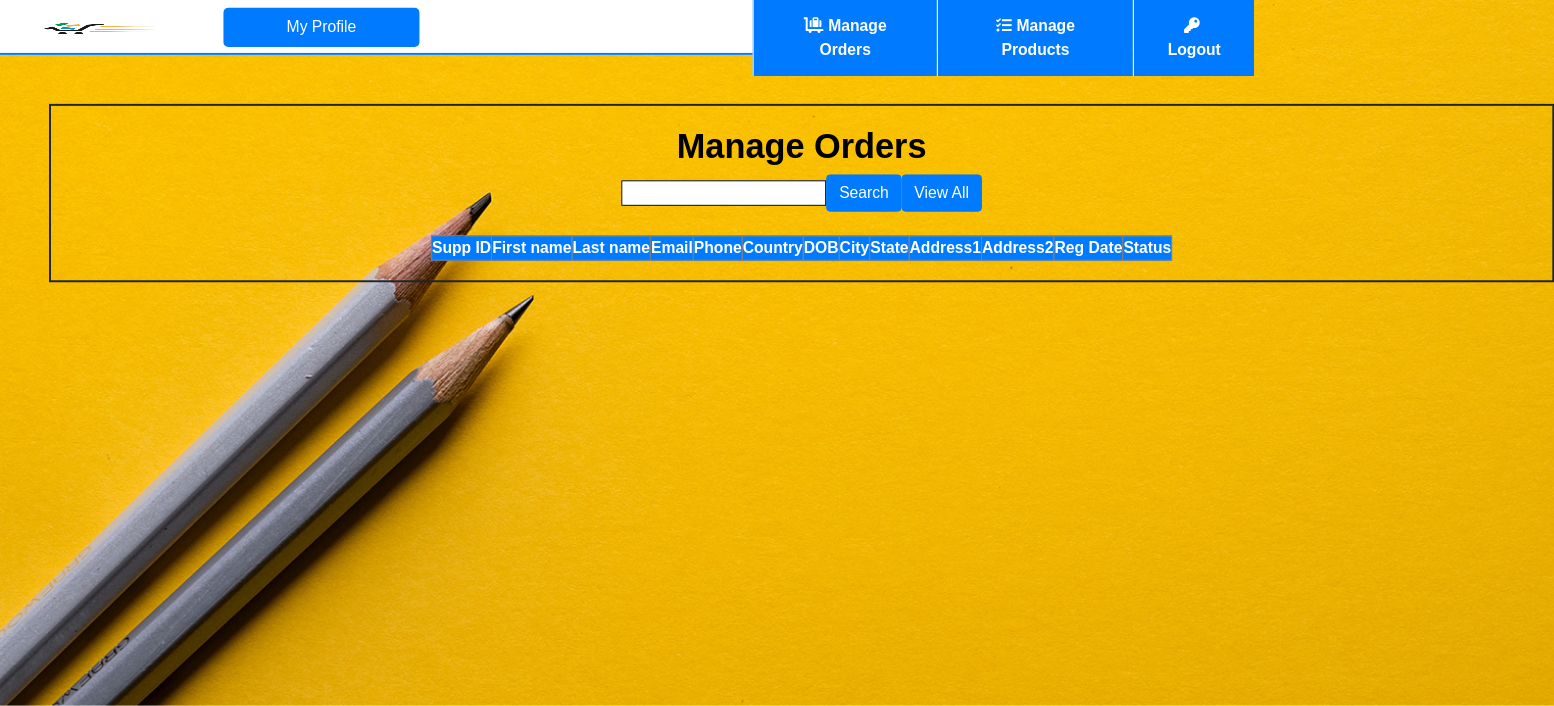
Repository: sahanjayawardena9619/PAF_Project
Page: http://localhost/paf_project/WEB-INF/views/sellerOrder.jsp
An editor plug-in stored every save of this project. The page is shown before and after the next save, followed by the edit.
The browser window is 1280 px wide. The page is 1586 px wide, so the pictures cover 1586 px, including what lies to the right of the window. The pictures show the whole page, at 98% of full size.
Some web fonts or font styles are not loaded; a fallback is used. Some web libraries are served in a nearby version. The page is served by Tomcat 9. Nobody is signed in. Other server files are loaded and not shown. The template is opened directly, without the code that normally fills it, so the values that code supplies are empty.

Above is the page before, as saved 2019-05-15 19:12:25.

### Main Project (Final)/PAF/paf_project/src/main/webapp/WEB-INF/views/sellerOrder.jsp
<%@ page language="java" contentType="text/html; charset=ISO-8859-1"
	pageEncoding="ISO-8859-1"%>
<%@ include file="/WEB-INF/views/includes.jsp"%>
<!DOCTYPE html PUBLIC "-//W3C//DTD HTML 4.01 Transitional//EN" "http://www.w3.org/TR/html4/loose.dtd">
<html>
<head>
<meta http-equiv="Content-Type" content="text/html; charset=ISO-8859-1">

<link rel="stylesheet" type="text/css"
	href="<c:url value="/resources/css/bootstrap.css"/>">
<link rel="stylesheet"
	href="https://use.fontawesome.com/releases/v5.8.1/css/all.css"
	integrity="sha384-50oBUHEmvpQ+1lW4y57PTFmhCaXp0ML5d60M1M7uH2+nqUivzIebhndOJK28anvf"
	crossorigin="anonymous">
<link rel="stylesheet" type="text/css"
	href="<c:url value="/resources/css/custom.css"/>">
	<link href="https://fonts.googleapis.com/css?family=Source+Sans+Pro:300,400,700,300italic,400italic,700italic" rel="stylesheet" type="text/css">
<script type="text/javascript"
	href="<c:url value="/resources/js/bootstrap.min.js"/>"></script>



<title>Seller Orders</title>
</head>
<body background="<c:url value="/resources/images/bg-masthead.jpg"/>">
	<div class="top-nav-bar">
		<div class="search-box">
			<a href="/paf_project/"><img
				src="<c:url value="/resources/images/cart.jpg"/>" class="logo"></a>
			<a href="/paf_project/editSeller"><input type="button"
				value="My Profile"
				style="width: 200px; height: 40px; margin: 8px; border-radius: 5px; background-color: #007bff; border: none; color: white" /></a>
		</div>

		<div class="menu-bar">
			<ul>
				<li><a href="/paf_project/viewAllOrderSeller"><i
						class="fas fa-luggage-cart" style="margin-right: 5px;"></i>Manage
						Orders</a></li>
				<li><a href="/paf_project/viewAllProductSeller"><i
						class="fas fa-tasks" style="margin-right: 5px;"></i>Manage
						Products </a></li>
				<li><a href="/paf_project/userLogout"><i class="fas fa-key"
						style="margin-right: 5px;"></i>Logout</a></li>
			</ul>
		</div>
	</div>


	<div align="center"
		style="padding: 20px; margin: 50px; width:120%; border: solid 2px;">

		<center>
			<div>
				<h1 style="font-size: 35px;">
					<a href="/paf_project/adminDashboard"><b style="color: black">Manage
							Orders</b></a>
				</h1>
			</div>


			<form:form action="/paf_project/searchSellerOrder" method="POST">
				<table align="center">
					<tr>
						<td><input type="text" name="searchVal"
							style="border: solid 1px" /></td>
						<td><input type="submit" class="btn btn-primary"
							name="action" value="Search" /></td>
						<td><a href="/paf_project/viewAllOrderSeller"><input
								type="button" value="View All" class="btn btn-primary" /></a></td>
					</tr>

				</table>
			</form:form>
			<br>
			<table border="1" cellpadding="3px">

				<th style="color: #fff; background-color: #007bff;">Supp ID</th>
				<th style="color: #fff; background-color: #007bff;">First name</th>
				<th style="color: #fff; background-color: #007bff;">Last name</th>
				<th style="color: #fff; background-color: #007bff;">Email</th>
				<th style="color: #fff; background-color: #007bff;">Phone</th>
				<th style="color: #fff; background-color: #007bff;">Country</th>
				<th style="color: #fff; background-color: #007bff;">DOB</th>
				<th style="color: #fff; background-color: #007bff;">City</th>
				<th style="color: #fff; background-color: #007bff;">State</th>
				<th style="color: #fff; background-color: #007bff;">Address1</th>
				<th style="color: #fff; background-color: #007bff;">Address2</th>
				<th style="color: #fff; background-color: #007bff;">Reg Date</th>
				<th style="color: #fff; background-color: #007bff;">Status</th>


				<c:forEach var="seller" items="${listSeller}">
					<tr>

						<td>${seller.suppID}</td>
						<td>${seller.fname}</td>
						<td>${seller.lname}</td>
						<td>${seller.email}</td>
						<td>${seller.phone}</td>
						<td>${seller.country}</td>
						<td>${seller.dob}</td>
						<td>${seller.city}</td>
						<td>${seller.state}</td>
						<td>${seller.address1}</td>
						<td>${seller.address2}</td>
						<td>${seller.regDate}</td>
						<td>${seller.status}</td>

						<td><a
							href="/paf_project/deleteSeller?suppID=${seller.suppID}&command=active"><input
								type="submit" class="btn btn-primary"
								style="background-color: green; border: 0px;" name="active"
								value="Activate" /></a></td>
						<td><a
							href="/paf_project/deleteSeller?suppID=${seller.suppID}&command=inactive"><input
								type="submit" style="background-color: red; border: 0px;"
								name="del" class="btn btn-primary" value="Deactivate" /></a></td>

					</tr>
				</c:forEach>
			</table>

		</center>


	</div>

</body>
</html>

### Main Project (Final)/PAF/paf_project/src/main/webapp/WEB-INF/views/includes.jsp
<%@ page language="java" contentType="text/html; charset=ISO-8859-1" pageEncoding="ISO-8859-1"%>
<%@taglib uri="http://www.springframework.org/tags" prefix="spring"%>
<%@taglib uri="http://www.springframework.org/tags/form" prefix="form"%>
<%@taglib uri="http://java.sun.com/jsp/jstl/core" prefix="c"%>

<!-- This contains the most used tag libraries -->

### Main Project (Final)/PAF/paf_project/src/main/webapp/resources/css/custom.css
*
{
	margin: 0;
	padding: 0;
}

body{
	background-color: #f1f3f4;
	font-family: sans-serif;
}

.top-nav-bar{
	height:56px;
	top : 0;
	position: sticky;
	background: #fff;
	margin-bottom: 20px;
	border-bottom: 2px solid #007bff;
	z-index: 2;
}

.logo{
	height:48px;
	width: 200px;
	margin: 5px 10px;
}

.form-control{
	margin-top: 9px !important;
	margin-left: 30px !important;
	border: 1px solid #007bff !important;
	border-top-left-radius: 20px !important;
	border-bottom-left-radius: 20px !important;
	border-top-right-radius: 0 !important;
	border-bottom-right-radius: 0 !important;
	box-shadow: none !important;
}

.search-box{
	display: inline-flex;
	width:60%;
}

.input-group-text {
	background-color: #007bff;
	border: 1px solid #007bff;
	margin: 8.5px 10px 3px 0;
	height: 38px;
	color:white;
	border-top-left-radius: 0px !important;
	border-bottom-left-radius: 0px !important;
	border-top-right-radius: 20px !important;
	border-bottom-right-radius: 20px !important;
	cursor: pointer;
}



.menu-bar{
	width: 40%;
	height: 57px;
	float: right;
}

.menu-bar ul{
	display: inline-flex;
	float: right;
}

.menu-bar ul li{
	border-left: 1px solid #fff;
	list-style-type: none;
	padding: 15px 25px;
	text-align: center;
	background-color: #007bff;
	cursor: pointer;
}

.menu-bar ul li a{
	font-size: 16px;
	font-weight: bold;
	color: #fff;
	text-decoration: none;
}

@media only screen and (max-width: 980px){
	.top-nav-bar{
		height: 118px;
		border-bottom: 0;
	}

	.search-box{
		width: 100%;
	}

	.menu-bar{
		width: 100%;
	}

	.menu-bar ul{
		margin: 10px 0;
		width: 100%;
	}

	.menu-bar ul li{
		height: 57px;
	}
}

.nopadding {
   padding: 0 !important;
   margin: 0 !important;
}

.col-sm-3{
	margin-bottom: 5%;
}

Loaded but not shown: Main Project (Final)/PAF/paf_project/src/main/webapp/resources/css/bootstrap.css (library)

After the next save:
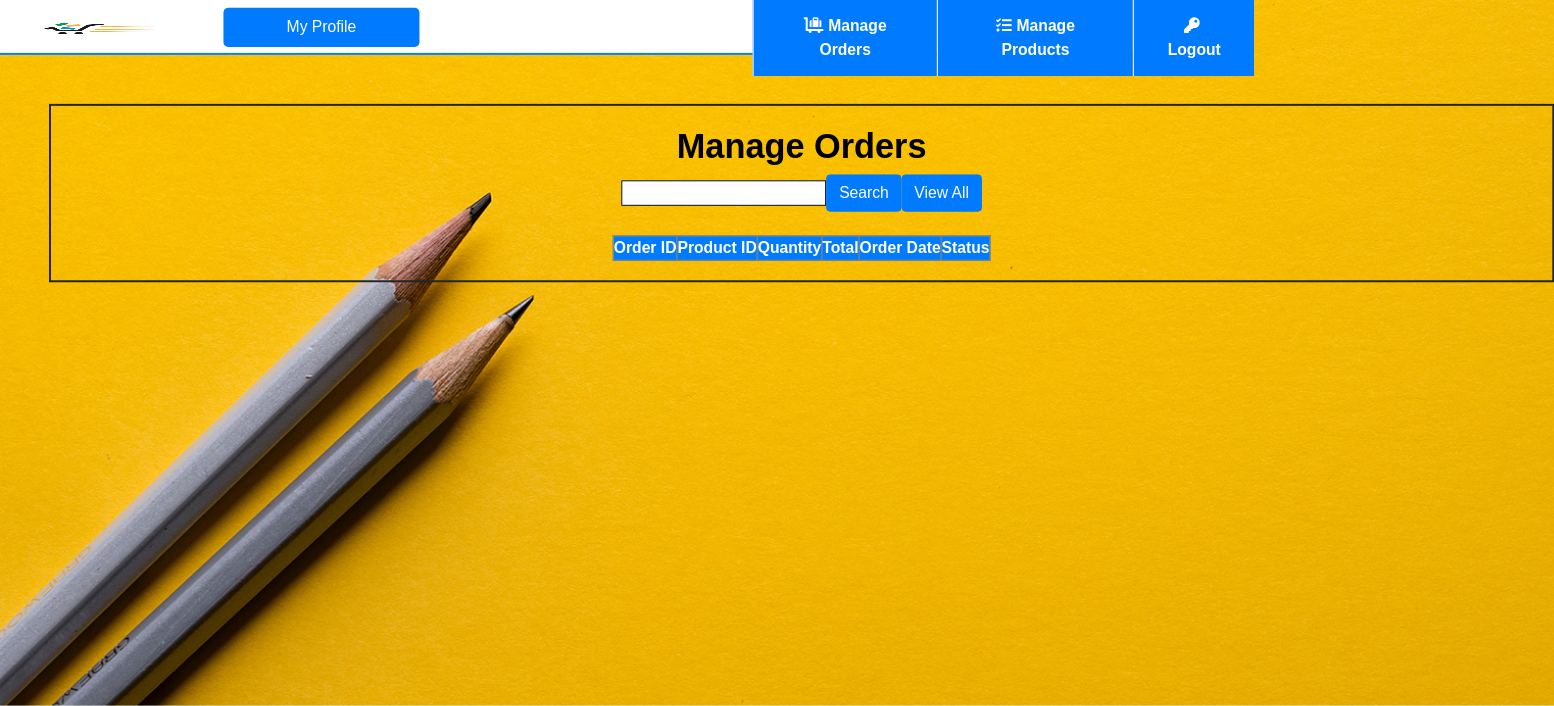
Saved 65 s later.
--- a/Main Project (Final)/PAF/paf_project/src/main/webapp/WEB-INF/views/sellerOrder.jsp
+++ b/Main Project (Final)/PAF/paf_project/src/main/webapp/WEB-INF/views/sellerOrder.jsp
@@ -75,18 +75,11 @@
 			<br>
 			<table border="1" cellpadding="3px">
 
-				<th style="color: #fff; background-color: #007bff;">Supp ID</th>
-				<th style="color: #fff; background-color: #007bff;">First name</th>
-				<th style="color: #fff; background-color: #007bff;">Last name</th>
-				<th style="color: #fff; background-color: #007bff;">Email</th>
-				<th style="color: #fff; background-color: #007bff;">Phone</th>
-				<th style="color: #fff; background-color: #007bff;">Country</th>
-				<th style="color: #fff; background-color: #007bff;">DOB</th>
-				<th style="color: #fff; background-color: #007bff;">City</th>
-				<th style="color: #fff; background-color: #007bff;">State</th>
-				<th style="color: #fff; background-color: #007bff;">Address1</th>
-				<th style="color: #fff; background-color: #007bff;">Address2</th>
-				<th style="color: #fff; background-color: #007bff;">Reg Date</th>
+				<th style="color: #fff; background-color: #007bff;">Order ID</th>
+				<th style="color: #fff; background-color: #007bff;">Product ID</th>
+				<th style="color: #fff; background-color: #007bff;">Quantity</th>
+				<th style="color: #fff; background-color: #007bff;">Total</th>
+				<th style="color: #fff; background-color: #007bff;">Order Date</th>
 				<th style="color: #fff; background-color: #007bff;">Status</th>
 
 
